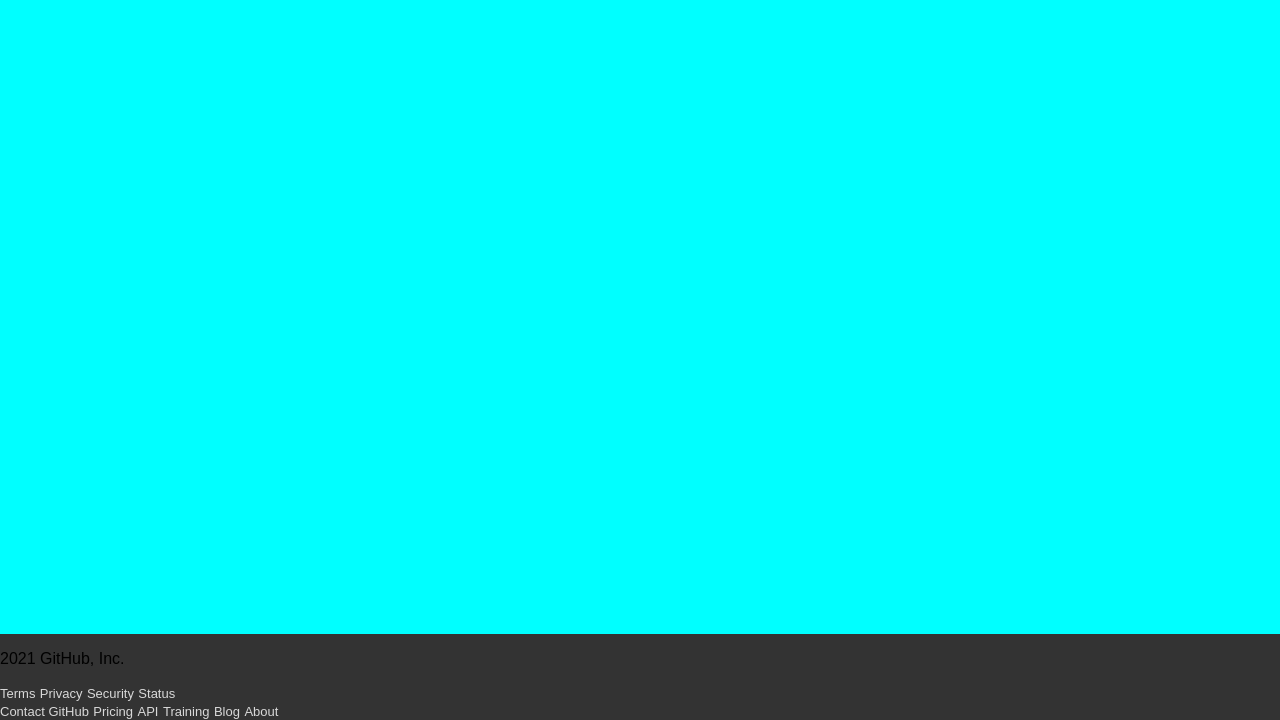
Repository: nss-evening-cohort-E23/gitsub-the-commit-commandos
Page: index.html
These files come from the project's save history. The page is drawn as it stood at one moment and after the next save; the edit follows.
The browser window is 1280 px wide. The pictures show the whole page.

Above is the page before, as saved 2023-05-08 20:39:39.

After the next save:
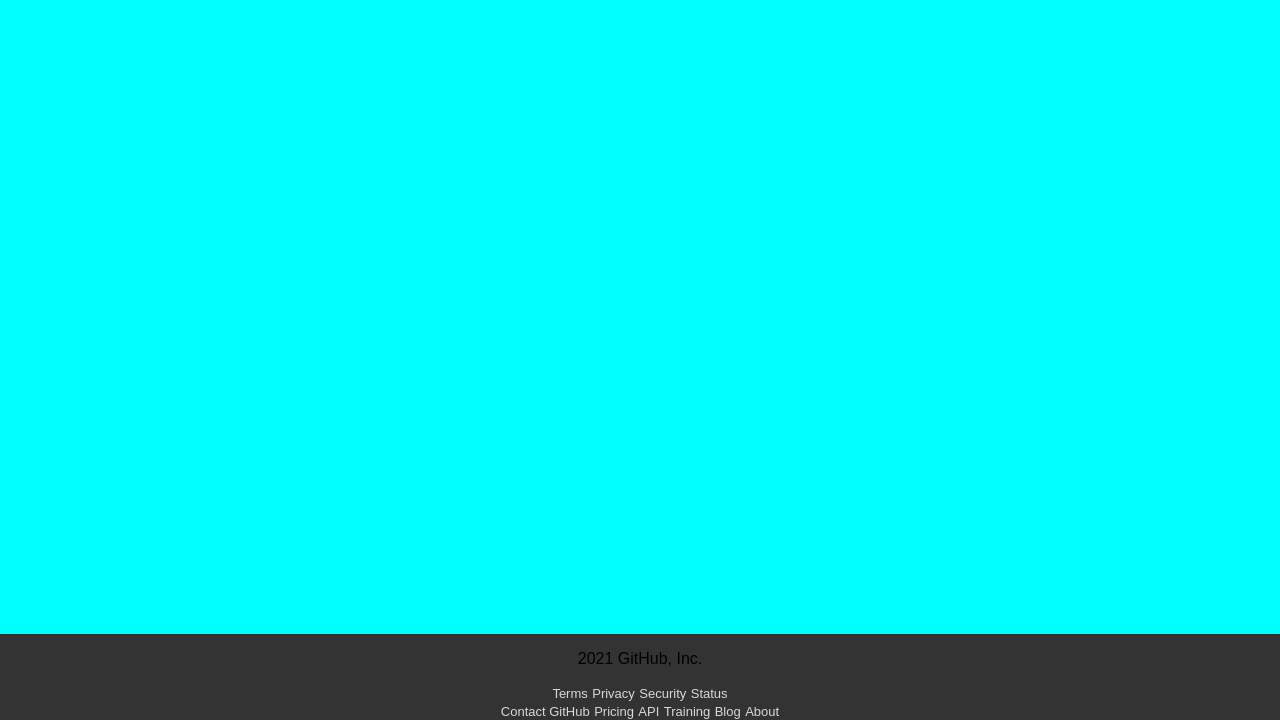
Saved 2 min 26 s later.
--- a/main.css
+++ b/main.css
@@ -11,7 +11,7 @@ body{
     bottom: 0;
     left: 0;
     right: 0;
-    text-align:;
+    text-align: center;
     font-family: arial;
 }
 .footerLinks ul {
